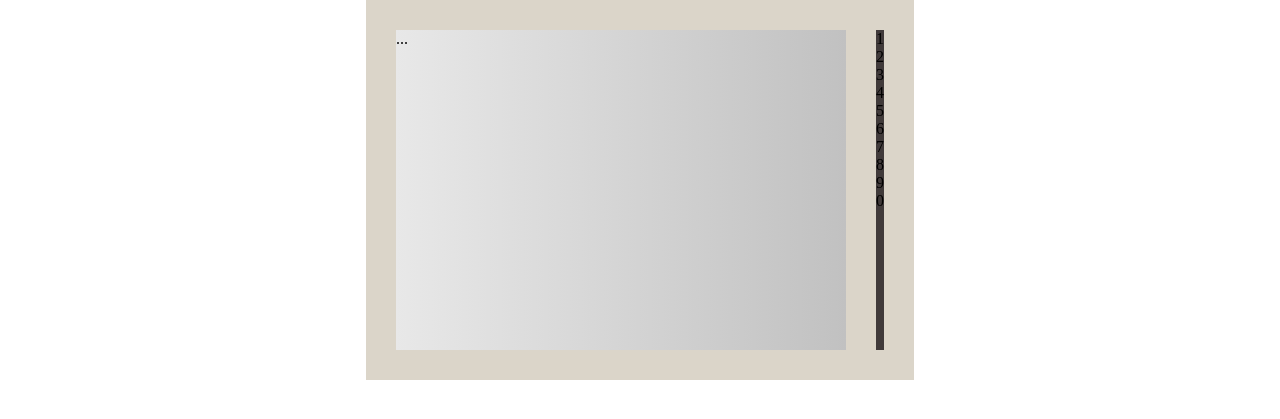
Repository: ThiagoIturra/urnaJs
Page: index.html
An editor plug-in stored every save of this project. The page is shown before and after the next save, followed by the edit.
The browser window is 1280 px wide. The pictures show the whole page.

Above is the page before, as saved 2022-01-05 15:53:57.

After the next save:
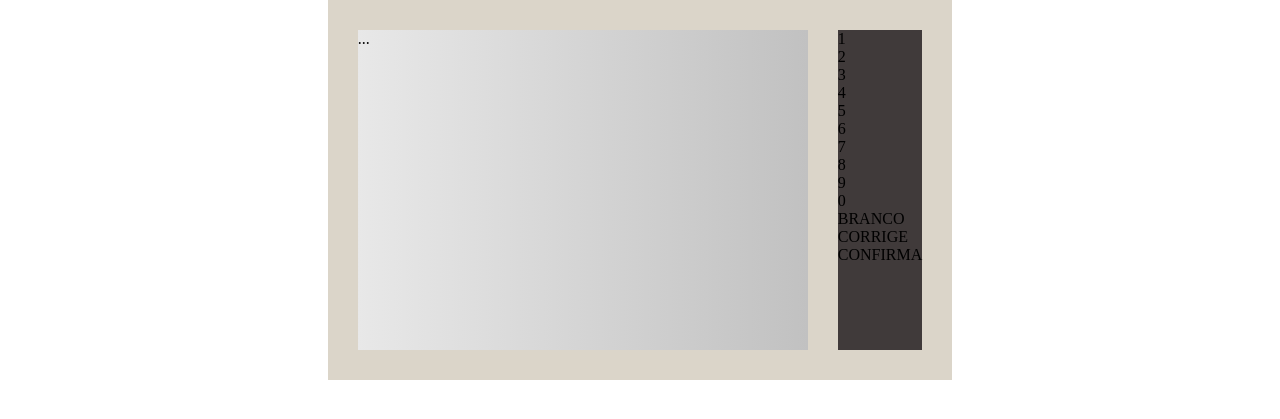
Saved 86 s later.
--- a/index.html
+++ b/index.html
@@ -30,6 +30,11 @@
             <div class="keyboard--linha">
                 <div class="keyboard--button">0</div>
             </div>
+            <div class="keyboard--linha">
+                <div class="keyboard--button">BRANCO</div>
+                <div class="keyboard--button">CORRIGE</div>
+                <div class="keyboard--button">CONFIRMA</div>
+            </div>
         </div>
     </div>
 </body>
